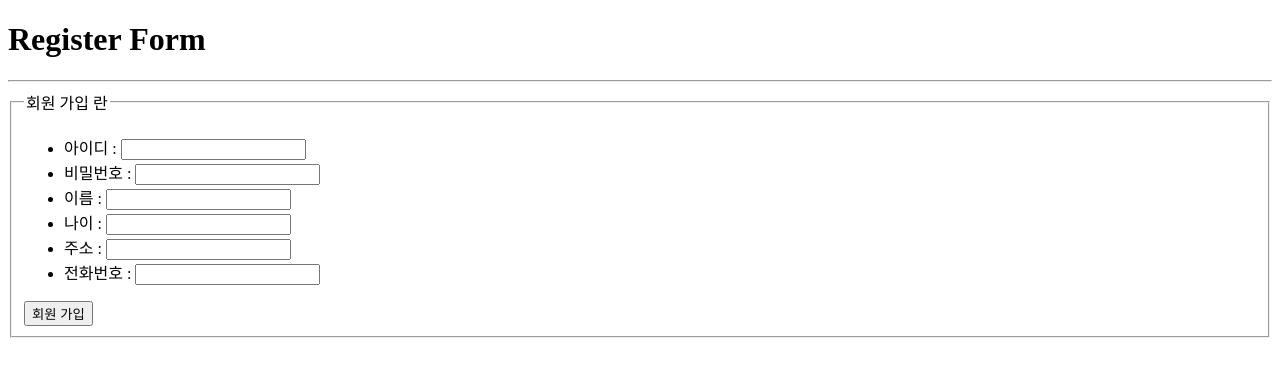
Repository: khy4701/JavaServerPage-Servlet
Page: http://localhost/05.JDBCProject/RegisterForm.jsp
The author's editor kept a copy of each file at every save. The page is drawn from the files as they stood at one save, then again after the next save.
The browser window is 1280 px wide. The pictures show the whole page.
The page is served by Tomcat 9. Other server files are loaded and not shown.

Above is the page before, as saved 2016-07-21 00:36:42.

### 05.JDBCProject/WebContent/RegisterForm.jsp
<%@ page language="java" contentType="text/html; charset=UTF-8"
    pageEncoding="UTF-8"%>
<!DOCTYPE html>
<html>
<head>
<meta charset="UTF-8">
<title>Insert title here</title>
</head>
<body>

<h1> Register Form</h1>
<hr>

<form>

<fieldset>
<legend> 회원 가입 란 </legend>

<ul>
<li> 아이디 : <input type ="text" name="id">
<li> 비밀번호 : <input type ="password" name="pw">
<li> 이름 : <input type ="text" name="userName">
<li> 나이 : <input type ="text" name="age">
<li> 주소 : <input type ="text" name="address">
<li> 전화번호 : <input type ="text" name="phoneNum">
</ul>
<input type="submit" value="회원 가입">

</fieldset>
</form>

</body>
</html>

After the next save:
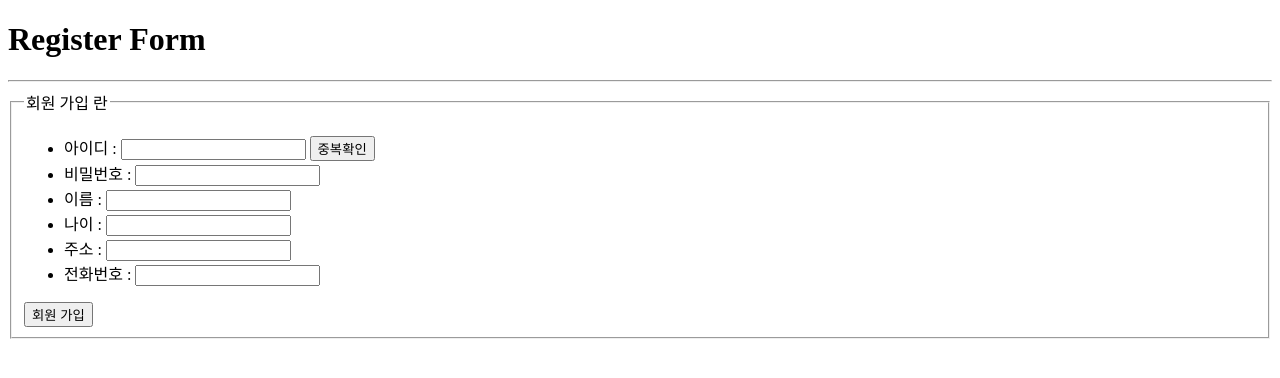
Saved 32 s later.
--- a/05.JDBCProject/WebContent/RegisterForm.jsp
+++ b/05.JDBCProject/WebContent/RegisterForm.jsp
@@ -18,6 +18,7 @@
 
 <ul>
 <li> 아이디 : <input type ="text" name="id">
+<input type="button" value="중복확인">
 <li> 비밀번호 : <input type ="password" name="pw">
 <li> 이름 : <input type ="text" name="userName">
 <li> 나이 : <input type ="text" name="age">
